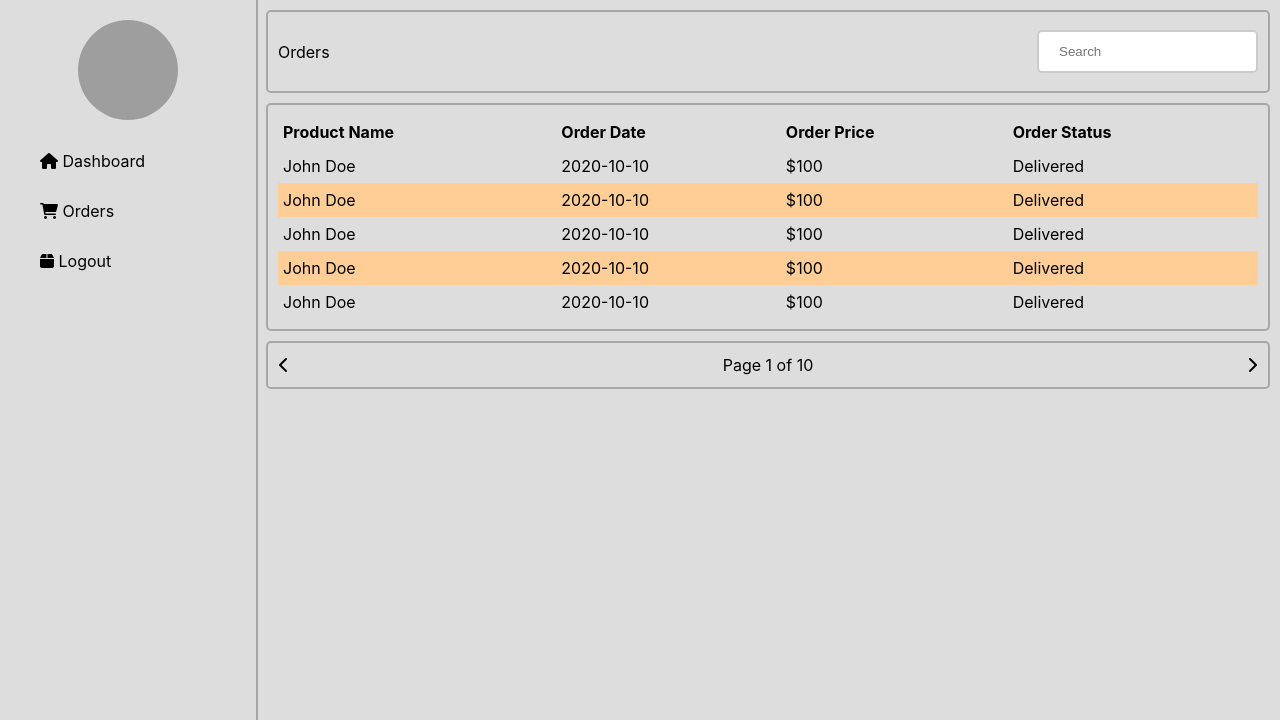
Repository: cjaymoni/FE_Submission02
Page: http://localhost/orders
These files come from the project's save history. The page is drawn as it stood at one moment and after the next save; the edit follows.
The browser window is 1280 px wide. The pictures show the whole page.
Pictures or frames that could not be fetched are drawn as grey boxes. The page is run by PHP 8.4 with error messages shown; the project is at /var/www/html/.

Above is the page before, as saved 2022-10-03 09:54:56.

### index.php
<!doctype html>
<html lang="en">
<head>
    <?php include './layout/header.html' ?>
</head>
<body>
<?php
require_once './layout/sidebar.html';

$request = $_SERVER['REQUEST_URI'];

switch ($request) {
        case '/' :
        case '' :
        case '/home' :
            case '/login':
                case '/login/':
        require __DIR__.'/views/login-page/login.html';
        break;


        case '/orders':
        case '/orders/':
        require __DIR__.'/views/orders/orders.html';
        break;

        case '/dashboard':
        case '/dashboard/':
        require __DIR__.'/views/dashboard/dashboard.html';
        break;





        default:
        require __DIR__.'/views/404/404.html';
        break;
}
?>

 <?php require_once './layout/footer.html' ?>
</body>
</html>

### layout/header.html
<meta charset="utf-8" />
<meta name="viewport" content="width=device-width, initial-scale=1.0" />

<!-- FavIcon -->
<link rel="icon" type="image/svg+xml" href="assets/Freddys_Logo.svg" />

<!-- CSS -->
<link rel="stylesheet" href="css/styles.css" />

<!-- Font Awesome -->
<link
  rel="stylesheet"
  href="https://use.fontawesome.com/releases/v6.2.0/css/all.css"
/>
<script src="https://cdn.jsdelivr.net/npm/chart.js"></script>

<!-- Title -->
<title>Freddy's Shop</title>

### layout/sidebar.html
<aside>
  <div class="sidebar" id="sidebar">
    <div class="profile">
      <img src="assets/Freddys_Logo.svg" alt="Freddys_Logo" />
    </div>
    <ul>
      <li>
        <a href="/dashboard">
          <i class="fas fa-home"></i>
          <span>Dashboard</span>
        </a>
      </li>
      <li>
        <a href="/orders">
          <i class="fas fa-shopping-cart"></i>
          <span>Orders</span>
        </a>
      </li>
      <li>
        <a href="products.html">
          <i class="fas fa-box"></i>
          <span>Logout</span>
        </a>
      </li>
    </ul>
  </div>
</aside>
<script src="js/sidebar-toggle.js"></script>

### views/orders/orders.html
<div class="content">
  <div class="container">
    <div class="order-header-text">
      <span>Orders</span>
    </div>
    <div class="order-header-search">
      <input type="text" placeholder="Search" />
    </div>
  </div>

  <div class="container">
    <table>
      <thead>
        <tr>
          <th>Product Name</th>
          <th>Order Date</th>
          <th>Order Price</th>
          <th>Order Status</th>
        </tr>
      </thead>
      <tbody>
        <tr>
          <td>John Doe</td>
          <td>2020-10-10</td>
          <td>$100</td>
          <td>Delivered</td>
        </tr>
        <tr>
          <td>John Doe</td>
          <td>2020-10-10</td>
          <td>$100</td>
          <td>Delivered</td>
        </tr>
        <tr>
          <td>John Doe</td>
          <td>2020-10-10</td>
          <td>$100</td>
          <td>Delivered</td>
        </tr>
        <tr>
          <td>John Doe</td>
          <td>2020-10-10</td>
          <td>$100</td>
          <td>Delivered</td>
        </tr>

        <tr>
          <td>John Doe</td>
          <td>2020-10-10</td>
          <td>$100</td>
          <td>Delivered</td>
        </tr>
      </tbody>
    </table>
  </div>

  <div class="container">
    <i class="fas fa-chevron-left"></i>
    Page 1 of 10

    <i class="fas fa-chevron-right"></i>
  </div>
</div>

### layout/footer.html
<script
  src="https://code.jquery.com/jquery-3.6.1.min.js"
  integrity="sha256-o88AwQnZB+VDvE9tvIXrMQaPlFFSUTR+nldQm1LuPXQ="
  crossorigin="anonymous"
></script>

### css/styles.css
:root {
    --color-primary: #f00;
    --color-secondary: #0f0;
    --color-tertiary: rgb(0, 110, 255);
    background-color: #dddddd;
    font-family: Inter, Avenir, Helvetica, Arial, sans-serif;
    font-size: 16px;
    line-height: 24px;
    min-width: 100vw;
    min-height: 100vh;
    scroll-behavior: smooth;
}


body {
    overflow-x: hidden;
    height: 100vh;
    width: 100vw;
    margin: 0;
}

.login-div {
    display: flex;
    flex-direction: column;
    justify-content: center;
    align-items: center;
    border: 5px solid rgb(65, 61, 61);
    margin: auto;
    margin-top: 15%;
    width: 50%;
    padding: 5px;


}

.login-head {
    display: flex;
    justify-content: space-between;
    flex-wrap: wrap;
}

.login-img {
    width: 100px;
    height: 100px;
    border-radius: 50%;
    margin: 10px;
}

.login-head-text {
    display: flex;
    justify-content: center;
    align-items: center;
    margin: 10px;
    flex-wrap: wrap;
}

.login-head-img {
    display: flex;
    justify-content: center;
    align-items: center;
    margin: 10px;
}

.login-form {
    display: flex;
    flex-direction: column;
    justify-content: center;
    align-items: center;
    margin: 10px;
    width: 100%;
}



.input-div {
    display: flex;
    flex-direction: column;
    justify-content: center;
    align-items: center;
    margin: 10px;
    width: 100%;
}

input[type=text],
input[type=password] {
    width: 100%;
    padding: 12px 20px;
    margin: 8px 0;
    display: inline-block;
    border: 2px solid #ccc;
    box-sizing: border-box;
    border-radius: 5px;
}

.login-btn {
    width: 100%;
    padding: 10px;
    border: 2px solid #ccc;
    border-radius: 5px;
}


.sidebar {
    background-color: #dddddd;
    position: fixed;
    top: 0;
    left: 0;
    width: 20%;
    height: 100%;
    padding: 20px 0;
    transition: all 0.5s ease;
    border-right: 2px solid rgb(167, 167, 167);

}

.content {
    width: 80%;
    height: 100%;
    float: right;

}


.sidebar .profile img {
    display: block;
    width: 100px;
    height: 100px;
    border-radius: 50%;
    margin: 0 auto;
}

.sidebar ul li {
    list-style: none;

}

.sidebar ul li a {
    display: block;
    padding: 13px 0px;
    /* border-bottom: 1px solid #10558d; */
    color: black;
    font-size: 16px;
    position: relative;
    text-decoration: none;
}

.sidebar ul li a .icon {
    color: black;
    width: 30px;
    display: inline-block;
}


.container {
    display: flex;
    justify-content: space-between;
    flex-wrap: wrap;
    align-items: center;
    margin: 10px;
    padding: 10px;
    border: 2px solid rgb(167, 167, 167);
    border-radius: 5px;
}

.container-col {
    display: flex;
    justify-content: space-between;
    flex-direction: column;
    flex-wrap: wrap;
    align-items: center;
    margin: 10px;
    padding: 10px;
    border: 2px solid rgb(167, 167, 167);
    border-radius: 5px;
}

/* .order-table-div {
    display: flex;
    justify-content: center;
    align-items: center;
    margin: 10px;
    padding: 10px;
    border: 2px solid rgb(167, 167, 167);
    border-radius: 5px;

} */

table {
    border-collapse: collapse;
    width: 100%;

}

td,
th {
    padding: 5px;
    text-align: left;
}

tr:nth-child(even) {
    background-color: #ffce97;
}

.dashboard-card {
    border: 1px solid #ccc;
    align-items: center;
    margin: 10px;
    padding: 10px;
    border-radius: 5px;
}

.switch {
    position: relative;
    display: inline-block;
    width: 60px;
    height: 34px;
}

.switch input {
    opacity: 0;
    width: 0;
    height: 0;
}

.slider {
    position: absolute;
    cursor: pointer;
    top: 0;
    left: 0;
    right: 0;
    bottom: 0;
    background-color: #ccc;
    -webkit-transition: .4s;
    transition: .4s;
}

.slider:before {
    position: absolute;
    content: "";
    height: 26px;
    width: 26px;
    left: 4px;
    bottom: 4px;
    background-color: white;
    -webkit-transition: .4s;
    transition: .4s;
}

input:checked+.slider {
    background-color: #2196F3;
}

input:focus+.slider {
    box-shadow: 0 0 1px #2196F3;
}

input:checked+.slider:before {
    -webkit-transform: translateX(26px);
    -ms-transform: translateX(26px);
    transform: translateX(26px);
}

/* Rounded sliders */
.slider.round {
    border-radius: 34px;
}

.slider.round:before {
    border-radius: 50%;
}

### js/sidebar-toggle.js
const pgUrl = window.location.href.substr(
  window.location.href.lastIndexOf("/") + 1
);
const sdComponent = document.querySelector(".sidebar");

if (pgUrl != "orders" && pgUrl != "dashboard") {
  sdComponent.style.display = "none";
}

After the next save:
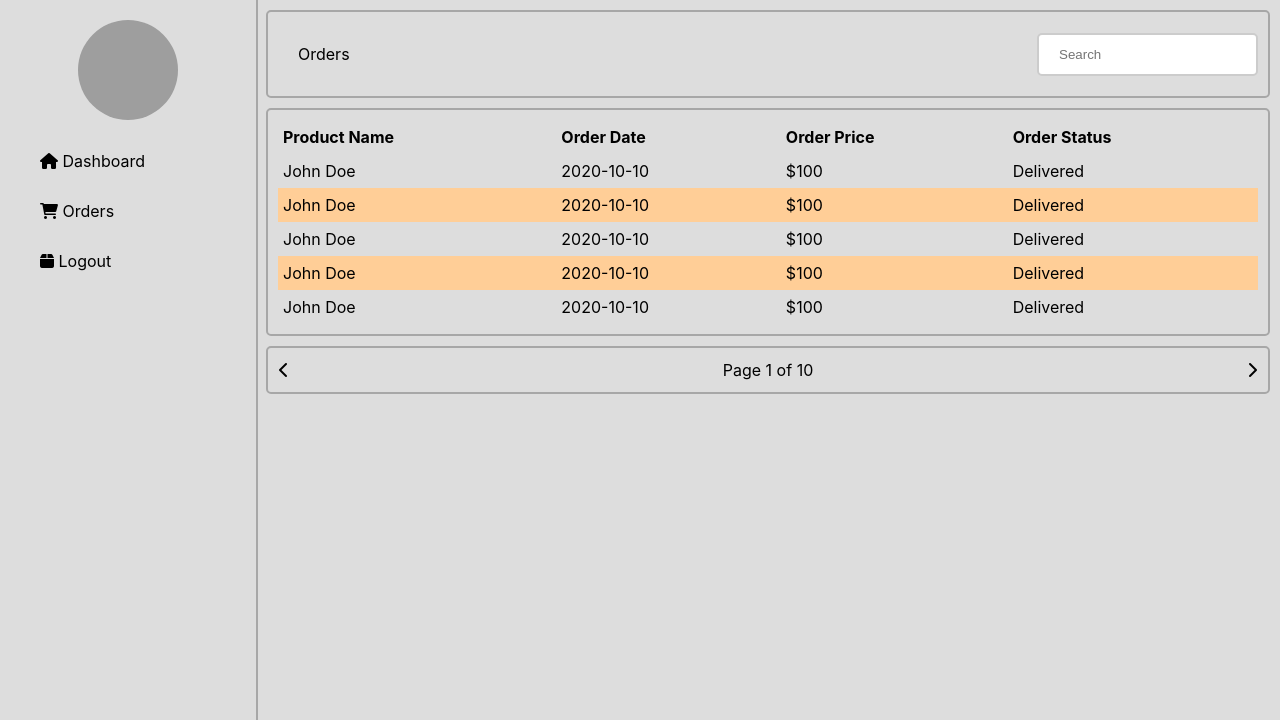
Saved 2 min 40 s later.
--- a/css/styles.css
+++ b/css/styles.css
@@ -268,3 +268,13 @@ input:checked+.slider:before {
 .slider.round:before {
     border-radius: 50%;
 }
+
+.order-header-text {
+    display: flex;
+    justify-content: space-between;
+    flex-wrap: wrap;
+    align-items: center;
+    margin: 10px;
+    padding: 10px;
+
+}
